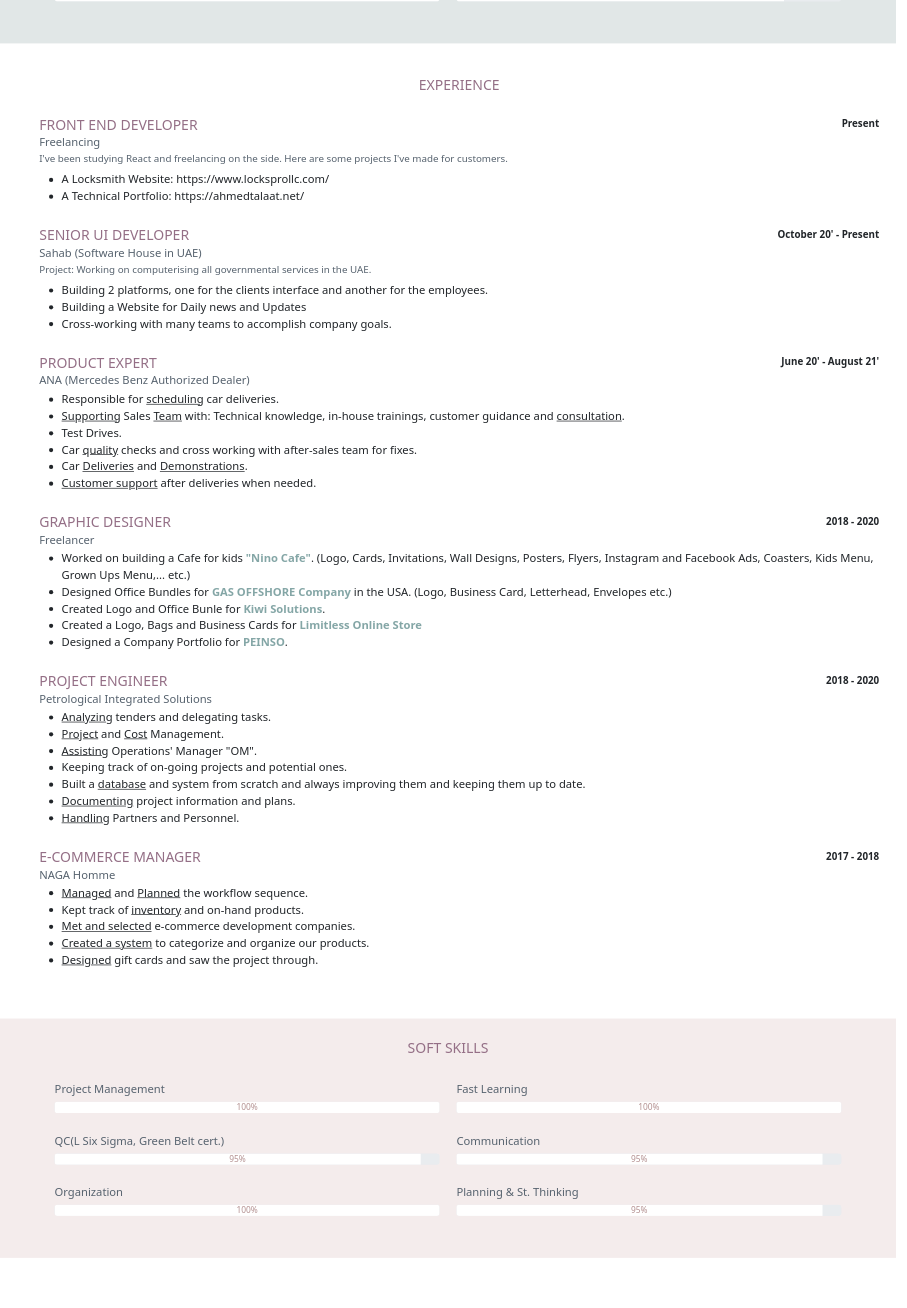
Repository: aya7abbal/my-old-portfolio
Page: resume.html
The author's editor kept a copy of each file at every save. The page is drawn from the files as they stood at one save, then again after the next save.
The browser window is 1280 px wide. The page is 1296 px wide, so the pictures cover 1296 px, including what lies to the right of the window. The pictures show the part of the page from y = 1190 to 3070 px (the page is 3059 px tall before and 3115 px after), at 70% of full size.
Some web fonts or font styles are not loaded; a fallback is used. Some web libraries are served in a nearby version. The style sheet was rebuilt from its Sass, Less or Tailwind sources for each picture, by a compiler version that may differ from the author's.

Above is the page before, as saved 2022-07-07 23:47:18.

After the next save:
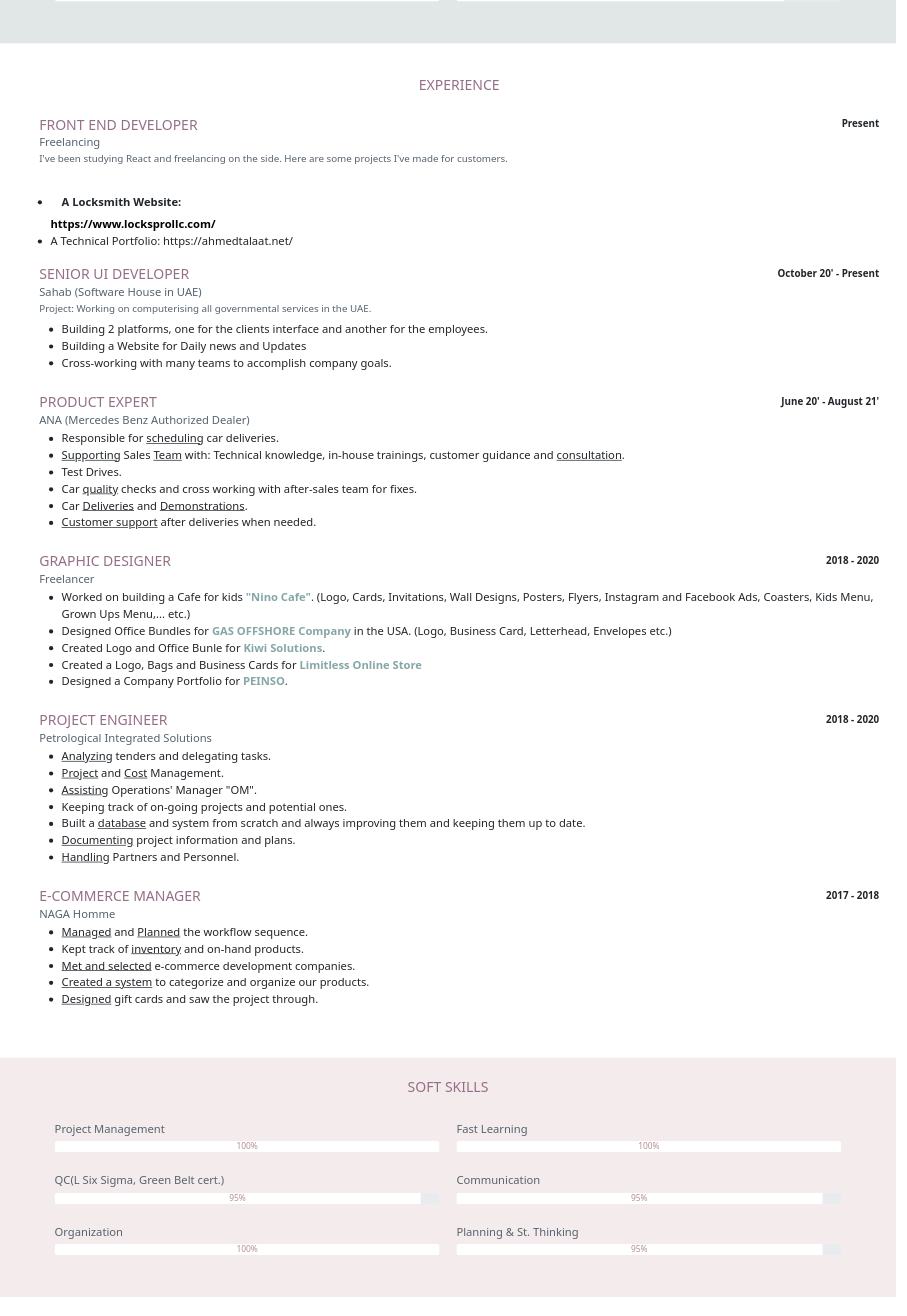
Saved 53 s later.
--- a/resume.html
+++ b/resume.html
@@ -358,7 +358,7 @@
 
     <h6><small>I've been studying React and freelancing on the side. Here are some projects I've made for customers.</small> </h6>
     <ul class="exp">
-        <li>A Locksmith Website: https://www.locksprollc.com/</li>
+        <li>A Locksmith Website: <a href="https://www.locksprollc.com/">https://www.locksprollc.com/</a></li>
         <li>A Technical Portfolio: https://ahmedtalaat.net/ </li>
 
 
